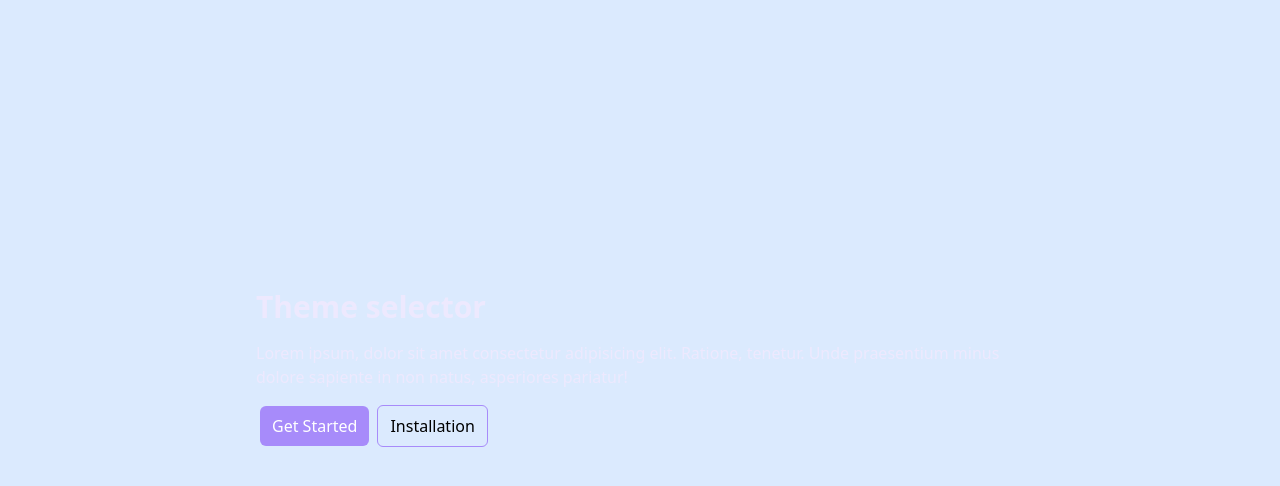
Repository: prince-bansal/tailwind-theme-switcher
Page: /
The author's editor kept a copy of each file at every save. The page is drawn from the files as they stood at one save, then again after the next save.
The browser window is 1280 px wide. The pictures show the whole page.
The project was rebuilt for these pictures with package versions that can differ from the ones it lists, and the page was loaded fresh each time. Also part of the build but not shown: vite.config.ts, src/index.css.

Above is the page before, as saved 2024-03-17 19:28:41.

### src/App.tsx
import './App.css'

function App() {

  return (
    <div className="bg-fill min-h-screen flex items-center justify-center">
      <div className="w-[60%] m-auto">
        <h1 className="text-3xl text-heading my-4 font-bold">Theme selector</h1>
        <p className="text-heading">
          Lorem ipsum, dolor sit amet consectetur adipisicing elit. Ratione,
          tenetur. Unde praesentium minus dolore sapiente in non natus,
          asperiores pariatur!
        </p>
        <button className="mt-4 bg-primary text-white p-2 px-3 mx-1 rounded-md">
          Get Started
        </button>
        <button className="mt-4 border-primary border p-2 px-3 mx-1 rounded-md">
          Installation
        </button>
      </div>{" "}
    </div>
  );
}

export default App

### src/App.css
@tailwind base;
@tailwind components;
@tailwind utilities;

@layer base{
    :root {
        --heading-color: rgb(237 233 254);
        --bg-fill: rgb(219 234 254);
        --bg-button-accent: rgb(167 139 250);
        --border-color:rgb(167 139 250);;
    }
    .theme-blue{
        --heading-color: rgb(30 58 138);
        --bg-fill: rgb(219 234 254);
        --bg-button-accent: rgb(167 139 250);
        --border-color: rgb(147 197 253);
    }

    .theme-red{
        --heading-color: rgb(220 38 38);
        --bg-fill: rgb(254 226 226);
        --bg-button-accent: rgb(252 165 165);
        --border-color: rgb(252 165 165);
    }

    .theme-green{
        --heading-color: rgb(21 128 61);
        --bg-fill: rgb(220 252 231);
        --bg-button-accent: rgb(134 239 172);
        --border-color: rgb(134 239 172);
    }


}

### tailwind.config.js
/** @type {import('tailwindcss').Config} */
export default {
  content: ["./index.html", "./src/**/*.{js,ts,jsx,tsx}"],
  theme: {
    extend: {
      colors: {
        heading: "var(--heading-color)",
      },
      backgroundColor: {
        "btn-accent": "var(--bg-button-accent)",
        fill: "var(--bg-fill)",
        primary: "var(--border-color)",
      },
      borderColor: {
        primary: "var(--border-color)",
      },
    },
  },
  plugins: [],
};

Loaded but not shown: index.html (common file); src/main.tsx (common file)

After the next save:
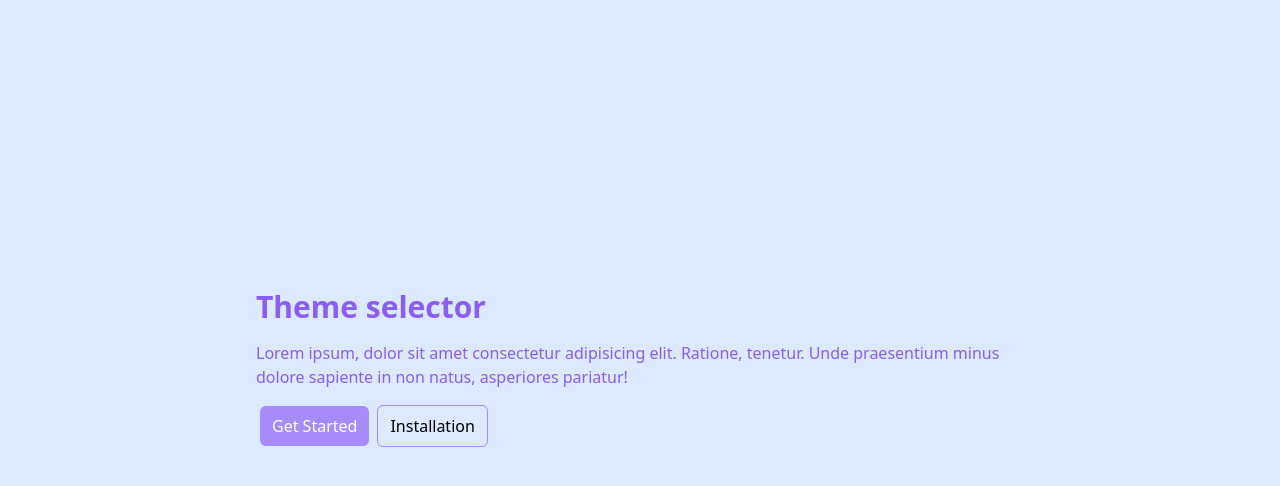
Saved 14 s later.
--- a/src/App.css
+++ b/src/App.css
@@ -4,7 +4,7 @@
 
 @layer base{
     :root {
-        --heading-color: rgb(237 233 254);
+        --heading-color: rgb(139 92 246);
         --bg-fill: rgb(219 234 254);
         --bg-button-accent: rgb(167 139 250);
         --border-color:rgb(167 139 250);;
